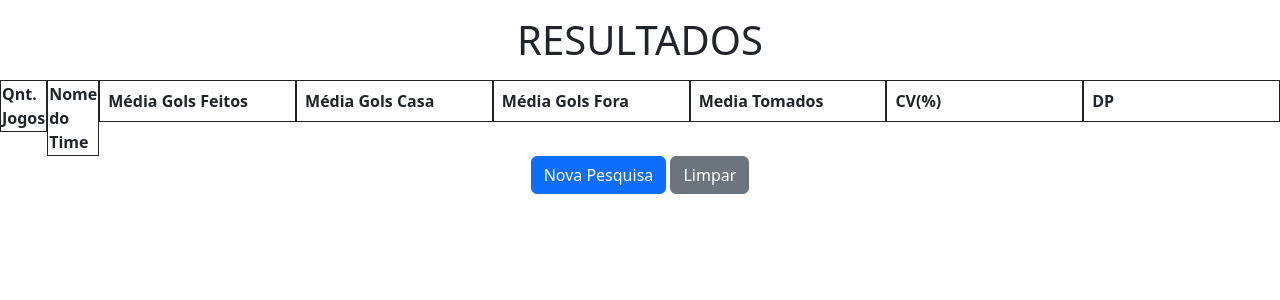
Repository: ricardodamaceno/Coeficiente-de-Variacao-de-Gols
Page: http://localhost/resposta
These files come from the project's save history. The page is drawn as it stood at one moment and after the next save; the edit follows.
The browser window is 1280 px wide. The pictures show the whole page.
The page is this project's Thymeleaf template; nobody is signed in. The template is opened directly, without the code that normally fills it, so the values that code supplies are empty.

Above is the page before, as saved 2022-10-01 14:51:22.

After the next save:
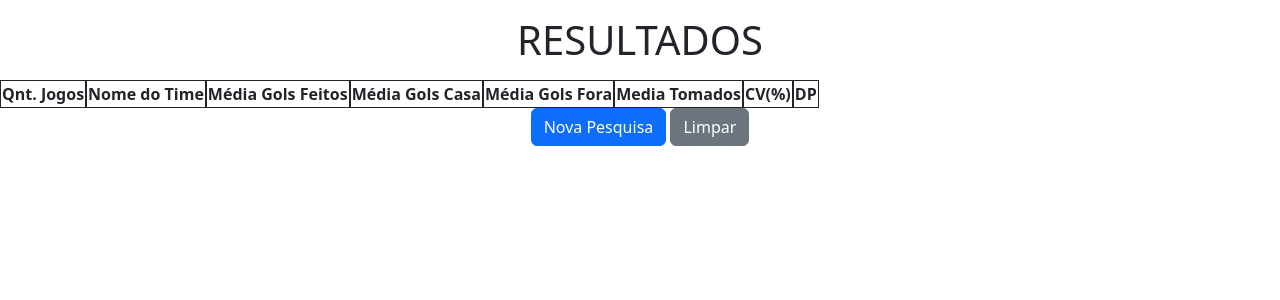
Saved 32 s later.
--- a/aposta-tozo/src/main/resources/templates/resposta.html
+++ b/aposta-tozo/src/main/resources/templates/resposta.html
@@ -73,7 +73,7 @@
 			</tbody>
 		</table>
 		<table
-			class="table table-striped table-hover table-bordered border-dark">
+			class="table-responsive table-striped table-hover table-bordered border-dark">
 			<thead>
 				<tr>
 					<th scope="col">Média Gols Feitos</th>
@@ -86,7 +86,7 @@
 			</tbody>
 		</table>
 		<table
-			class="table table-striped table-hover table-bordered border-dark">
+			class="table-responsive table-striped table-hover table-bordered border-dark">
 			<thead>
 				<tr>
 					<th scope="col">Média Gols Casa</th>
@@ -99,7 +99,7 @@
 			</tbody>
 		</table>
 		<table
-			class="table table-striped table-hover table-bordered border-dark">
+			class="table-responsive table-striped table-hover table-bordered border-dark">
 			<thead>
 				<tr>
 					<th scope="col">Média Gols Fora</th>
@@ -112,7 +112,7 @@
 			</tbody>
 		</table>
 		<table
-			class="table table-striped table-hover table-bordered border-dark">
+			class="table-responsive table-striped table-hover table-bordered border-dark">
 			<thead>
 				<tr>
 					<th scope="col">Media Tomados</th>
@@ -125,7 +125,7 @@
 			</tbody>
 		</table>
 		<table
-			class="table table-striped table-hover table-bordered border-dark">
+			class="table-responsive table-striped table-hover table-bordered border-dark">
 			<thead>
 				<tr>
 					<th scope="col"
@@ -139,7 +139,7 @@
 			</tbody>
 		</table>
 		<table
-			class="table table-striped table-hover table-bordered border-dark">
+			class="table-responsive table-striped table-hover table-bordered border-dark">
 			<thead>
 				<tr>
 					<th scope="col" data-tooltip="Desvio Padrão dos Gols Feitos">DP</th>
